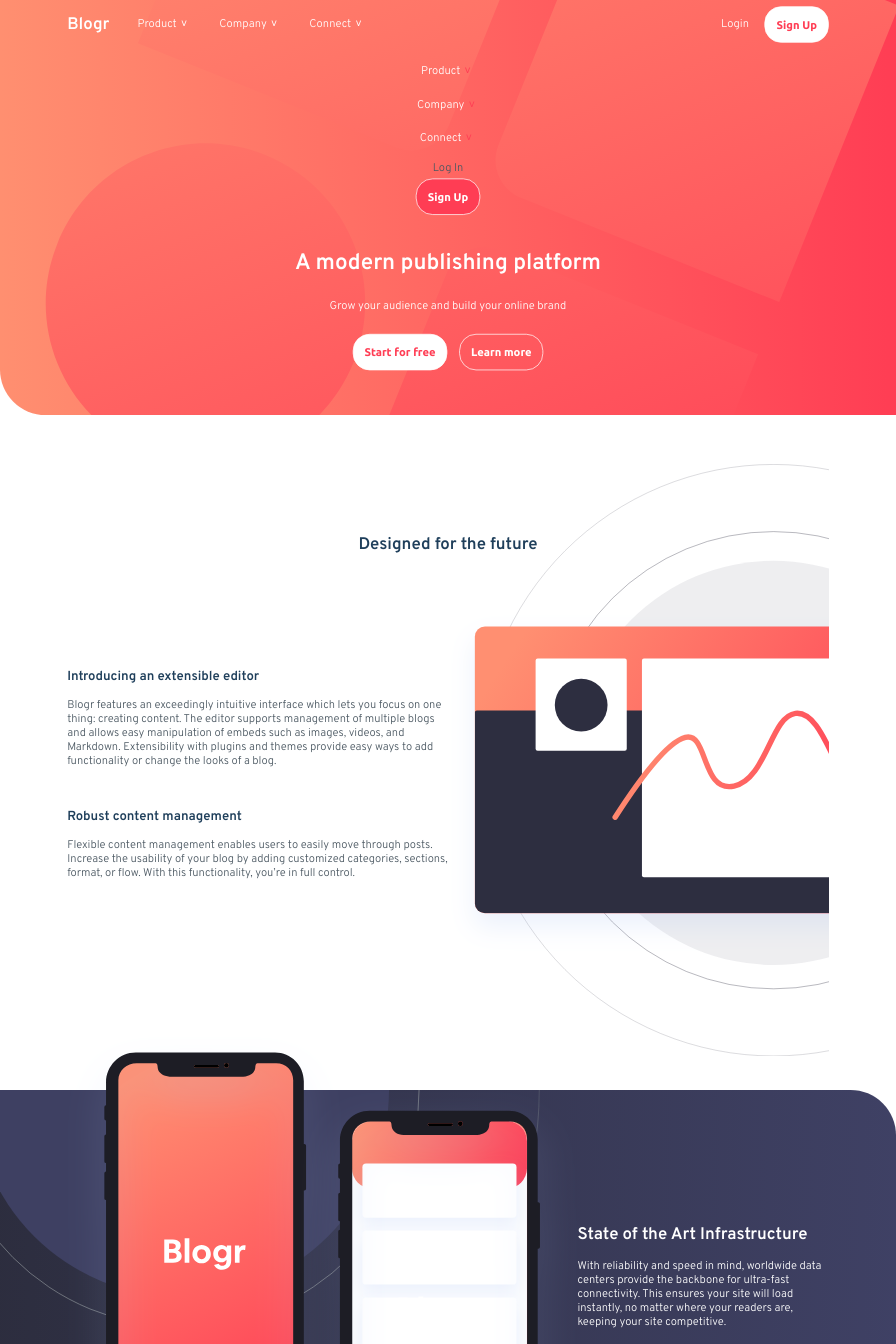
Repository: Ejiro-Oke/Blogr
Page: blogr.html
The author's editor kept a copy of each file at every save. The page is drawn from the files as they stood at one save, then again after a run of saves.
The browser window is 1280 px wide. The pictures show the part of the page from y = 0 to 1920 px (the page is 3355 px tall before and 3307 px after), at 70% of full size.

Above is the page before, as saved 2021-04-17 00:11:48.

### blogr.html
<!DOCTYPE html>
<html lang="en">
    <head>
        <meta charset="UTF-8">
        <meta name="viewport" content="width=device-width, initial-scale=1">
        <meta name="author" content="Ejiro Oke">
        <title>Blogr</title>
        <link rel="stylesheet" href="blogr.css">
        <link rel="preconnect" href="https://fonts.gstatic.com">
        <link href="https://fonts.googleapis.com/css2?family=Overpass:wght@300;600&display=swap" rel="stylesheet">
        <!-- <link rel="preconnect" href="https://fonts.gstatic.com"> -->
        <link href="https://fonts.googleapis.com/css2?family=Ubuntu:ital,wght@0,500;0,700;1,400&display=swap" rel="stylesheet">
    </head>

    <body>
    <header id="cropped">
        <div class="container container-flex" id="nav-bar">
            <nav>
            <div id="left-nav">
                <h2 class="site-title">Blogr</h2>

            <ul class="top-navbar">
                <li  id="content-trigger"><a href="#">Product</a><p class="arrow top-arrow p-arrow"> ˅</p></li>
                <div class=" drop-top">
                    <ol class="dropdown-content ">
                    <li><a href="#">Overview</a></li>
                    <li><a href="#">Pricing</a></li>
                    <li><a href="#">Marketplace</a></li>
                    <li><a href="#">Features</a></li>
                    <li><a href="#">Integrations</a></li>
                    </ol>
                </div>
            </ul>

            <ul class="top-navbar">

                <li id="content-trigger"><a href="#">Company</a><span class="arrow top-arrow c-arrow"> ˅</span></li>
                <div class=" drop-top">
                    <ol class="dropdown-content">
                    <li><a href="#">About</a></li>
                    <li><a href="#">Team</a></li>
                    <li><a href="#">Blog</a></li>
                    <li><a href="#">Careers</a></li>
                    </ol>
                </div>
            </ul>

            <ul class="top-navbar">
                <li  id="content-trigger"><a href="#">Connect</a><span class="arrow top-arrow con-arrow"> ˅</span></li>
                <div class=" drop-top">
                    <ol class="dropdown-content ">
                    <li><a href="#">Contact</a></li>
                    <li><a href="#">Newsletter</a></li>
                    <li><a href="#">LinkedIn</a></li>
                    </ol>
                </div>
            </ul>
        </div> <!---close left-nav-->

            <div class="top-navbar" id="right-nav">
                <ul>
                <li><a href="#">Login</a></li>
                </ul>
                <button href="#"  >Sign Up</button>
            </div>


            <ol class="dropbtn">
            <li class="alt-nav" ></li>
            <li class="alt-nav"></li>
            <li class="alt-nav"></li>
            </ol>

                </div>

            </nav>

<div class="modal"
        <div class= "container drop-down-menu">
            <ol>
            <li class="product-drop" id="dropdown-trigger">Product<span class="arrow p-arrow"> ˅</span> </li>
            <div class="product-content kon">
                <ol class="dropdown-content">
                <li><a href="#">Overview</a></li>
                <li><a href="#">Pricing</a></li>
                <li><a href="#">Marketplace</a></li>
                <li><a href="#">Features</a></li>
                <li><a href="#">Integrations</a></li>
                </ol>
            </div>
            </ol>
            <ol>
            <li class="company-drop" id="dropdown-trigger">Company<span class="arrow c-arrow"> ˅</span></li>
            <div class="company-content kon">
                <ol class="dropdown-content">
                <li><a href="#">About</a></li>
                <li><a href="#">Team</a></li>
                <li><a href="#">Blog</a></li>
                <li><a href="#">Careers</a></li>
                </ol>
            </div>
            </ol>

            <ol>
            <li class="connect-drop" id="dropdown-trigger"   >Connect<span class="arrow con-arrow"> ˅</span></li>
            <div class="connect-content kon">
                <ol class="dropdown-content">
                <li><a href="#">Contact</a></li>
                <li><a href="#">Newsletter</a></li>
                <li><a href="#">LinkedIn</a></li>
                </ol>
            </div>
            </ol>

            <div class="dropdown-btns">
                <ol>
            <li><a href="#">Log In</a> </li>
            <li><button class="red-btn">Sign Up</button></li>
                </ol>
        </div>
    </div>
    </div> <!---close container flex/ nav-bar-->

        <div class="container hero">
            <h1>A modern publishing platform</h1>
            <p>Grow your audience and build your online brand</p>
            <button>Start for free</button> <button class="clear-btn">Learn more</button>
        </div>

    </header>

<div class="container container-flex">
    <main role="main">
<h2 class="hero2">Designed for the future</h2>
<div class="columns left">
    <div class="col col-left content">
        <h3>Introducing an extensible editor</h3>
        <p>Blogr features an exceedingly intuitive interface which lets you focus on one thing: creating content. The editor
        supports management of multiple blogs and allows easy manipulation of embeds such as images, videos, and Markdown.
        Extensibility with plugins and themes provide easy ways to add functionality or change the looks of a blog.</p>

        <h3>Robust content management</h3>
        <p>Flexible content management enables users to easily move through posts.
            Increase the usability of your blog by adding customized categories, sections, format, or flow. With this functionality,
            you’re in full control.</p>
    </div><!---close col-left-->

        <img src="images/illustration-editor-desktop.svg" class="col col-right" id="col-image">
</div><!---close columns-->
</div> <!----close container-flex-->


    <div id="col-banner" id="cropped">
    <div class="container container-flex" id="cropped" >
    <div class="columns">
            <img src="images/illustration-phones.svg" class="col col-left">
        <div class="col col-right content" id="col-blue">
    <h2>State of the Art Infrastructure</h2>
    <p>With reliability and speed in mind, worldwide data centers provide the backbone for ultra-fast connectivity.
        This ensures your site will load instantly, no matter where your readers are, keeping your site competitive. </p>
        </div>
</div> <!---close columns-->
</div><!---close container-flex-->
    </div>


<div class="container container-flex">
<div class="columns">
        <img src="images/illustration-laptop-desktop.svg" class="col col-left" id="col-image">

<div class=" col col-right content">
    <h3> Free, open, simple</h3>
    <p>Blogr is a free and open source application backed by a large community of helpful developers.
        It supports features such as code syntax highlighting, RSS feeds, social media integration, third-party commenting tools, and works seamlessly with Google Analytics.
        The architecture is clean and is relatively easy to learn. Powerful tooling Batteries included.
        We built a simple and straightforward CLI tool that makes customization and deployment a breeze, but capable of producing even the most complicated sites</p>
        <h3>Powerful tooling</h3>
        <p> We built a simple and straightforward CLI tool that makes customization and deployment a breeze,
            but capable of producing even the most complicated sites. </p>
</div> <!---col-right-->
</div><!---close columns-->


</main>
</div>

    <footer>
        <div class="container container-flex" id="nav-bar">
            <nav class="bottom-nav">
            <div class="footer">
                <h1 class="logo">Blogr</h1>
                <p class="signoff">Challenge by <a href="https://www.frontendmentor.io/solutions" class="ext">Frontend Mentor</a>. Coded by <a href="https://github.com/Ejiro-Oke" class="ext">Ejiro Oke</a>.</p>
        </div> <!---close left-nav-->

            <div id="footer-nav">
                <ul>
                    <li><h3>Product</h3></li>
                    <li><a href="#">Overview</a></li>
                    <li><a href="#">Pricing</a></li>
                    <li><a href="#">Marketplace</a></li>
                    <li><a href="#">Features</a></li>
                    <li><a href="#">Integrations</a></li>
                </ul>


                <ul>
                    <li><h3>Company</h3></li>
                    <li><a href="#">About</a></li>
                    <li><a href="#">Team</a></li>
                    <li><a href="#">Blog</a></li>
                    <li><a href="#">Careers</a></li>
                </ul>

                <ul>
                    <li><h3>Connect</h3></li>
                    <li><a href="#">Contact</a></li>
                    <li><a href="#">Newsletter</a></li>
                    <li><a href="#">LinkedIn</a></li>
                </ul>
            </div>
            </nav>

        </div> <!---close container flex/ nav-bar-->

    </footer>
    </body>
    <script src="blogr.js"></script>

</html>

### blogr.css
body, html {
    margin: 0 auto;
    padding: 0;
    font-size: 16px;
    font-family: 'Overpass', sans-serif;
    color: hsl(207, 13%, 34%);
}

img {
    max-width: 100%;
    display: block;

}

h1, h2, h3, button, .drop-down-menu{
    font-weight: 600;
}
    .hero2, .col>h3{
    color: hsl(208, 49%, 24%);
}

h2.hero2{
    text-align: center;
    position: relative;
    top: 150px;
}

.col>h3{
    padding-top: 2em;

}

.container {
    width: 85%;
    max-width: 1440px;
    margin:0 auto;
}

ul {
    list-style: none;
    display: flex;
    flex-direction: row;
}
.top-navbar {
    display: flex;
    justify-content: space-between;
}
.top-navbar li{
    margin: auto auto;
}
#bottom-nav li{
margin: .6em 1em;
}
#right-nav a{
    margin-right: 1em;
}
.arrow{
    display: inline-block;
    color: hsl(353, 100%, 62%);
    font-size: 15px;
    padding: .2em .2em;
    margin: .2em .2em;
    transition: all 0.4s ease;
    cursor: pointer;

}

/* #test{
    color: red;
    transform: rotate(180deg);
} */


/* .arrow-down{
    transform: rotate(0deg);
    transition: all 0.4s ease;

}
.arrow.open{
    transform: rotate(180deg);
    transition: transform 1s linear;
} */

a, .top-arrow {
    text-decoration: none;
    color: hsl(0, 0%, 100%);
}

button{
margin: auto .4em;
font-family: 'Ubuntu', sans-serif;
background-color:  hsl(0, 0%, 100%);
color: hsl(353, 100%, 62%);
border-radius:24px;
border:1px solid hsl(0, 0%, 100%);
padding: 1em 1em;
font-size: 16px;
font-weight: 700;
cursor: pointer;
}
#right-nav button{
    margin-right: 0;
}
button:hover,
button:focus{
transform: scale(1.1);
margin: 0 .6em;
cursor: pointer;
}

#inline:hover,
#inline:focus{
  padding: .7em .9em;
  cursor: pointer;
}

a:hover,
a:focus{
    font-weight: 600;
    cursor: pointer;
}

ol:hover,
ol:focus{
    /* transform: scale(1.1); */
    cursor: pointer;
}

.clear-btn{
background-color:transparent;
border:1px solid hsl(0, 0%, 100%) ;
color: hsl(0, 0%, 100%);
}

.red-btn{
    background-color: hsl(353, 100%, 62%);
    color: hsl(0, 0%, 100%);

}
nav{
    align-items: center;
    display: flex;
    justify-content: space-between;

}
#left-nav{
    display: flex;
    justify-content: flex-start;
    width: 50%;
}


#right-nav {

    display: flex;
    justify-content: flex-end;
    width: 50%;
}
.alt-nav{
  width: 25px;
  height: 2px;
  background-color: hsl(0, 0%, 100%);
  display: none;
}
.dropbbtn{
    display: none;
}
.drop-down-menu{
    display: none;
    padding: 10px 10px;
    max-width: 310px;
    width: 80%;
    position:absolute;
    left: 0;
    right: 0;
    z-index: 1;
    background-color: hsl(0, 0%, 100%);
    list-style: none;
    color: hsl(207, 13%, 34%);
    box-shadow: 0px 8px 16px 0px hsl(0, 1%, 29%);
    border-radius: 4px 4px;
}
.dropdown-content{
    margin: 0 .8em;
    padding: .5em 0;
    list-style: none;
    background-color: hsl(0, 10%, 92%);
    border-radius: 4px 4px;
}

.product-content, .company-content, .connect-content{
    display: none;
}

.kon
{
    display: none ;
}
.dropdown-content a,
.dropdown-btns a{
    color: hsl(207, 13%, 34%);
    padding: 1em o;
}
.dropdown-content li, .drop-down-menu li{
    padding: .5em 0;
}

/* .dropdown-btn{
    border-top: solid 1px hsl(0, 10%, 92%);
} */

ol{
    padding-left: 0;
/* border: red 2px solid; */
}

#content-trigger{
    position: relative;
  /* display: inline-block; */
}

#content-trigger:hover .arrow
{transform: rotate(180deg);}
#dropdown-trigger:hover .arrow
{transform: rotate(180deg)}
.drop-top {
  display: none;
  position:absolute;
  background-color: hsl(0, 0%, 100%);
  width: 112px;
  box-shadow: 0px 8px 16px 0px rgba(0,0,0,0.2);
  z-index: 1;
  margin: 3em auto;
  border-radius: 4px 4px;

  }


ol> li{
    margin: .3em 1em;
    list-style: none;
}
.bottom-nav{
    justify-content: center;
}
#footer-nav{
    display: flex;
}
#footer-nav ul{
    flex-direction: column;
}

.logo{
    font-size: 80px;
    margin-bottom: 0;
}
.signoff{
    font-size: 12px;
}
.ext {
    text-decoration: underline;
    font-weight: 300;
    color: rgb(66, 66, 243);
}

.hero,
.hero p
{
    padding: 1em 0;
    text-align: center;
    line-height: 1;
}

header {
    font-family: 'Overpass', sans-serif;
    font-weight: 300;
    margin: 0 auto;
    padding-bottom: 3em;
    color:  hsl(0, 0%, 100%);
    background-image:
     url('images/bg-pattern-intro.svg'),
     linear-gradient(to right, hsl(13, 100%, 72%), hsl(353, 100%, 62%));
    background-position:
   center 51%,
    center;
    background-repeat: no-repeat;
    background-size:
    1840px,
    cover;
    border-bottom-left-radius: 65px;
    text-align: center;

}

#col-banner {
    max-height: 32em;
    font-family: 'Overpass', sans-serif;
    margin: 3em 0;
    color:  hsl(0, 0%, 100%);
    background-image:
     url('images/bg-pattern-circles.svg'),
     linear-gradient(to right, hsl(237, 17%, 21%), hsl(237, 23%, 32%));
    background-position:
    bottom left -99%,
    center;
    background-repeat: no-repeat;
    background-size:
    80%,
    cover;
    border-top-right-radius: 65px;
    padding: 0;
}


footer {
    font-family: 'Overpass', sans-serif;
    font-weight: 300;
    margin: 0 auto;
    padding: 3em 0;
    margin-top: 3em;
    color:  hsl(0, 0%, 100%);
    background-color: hsl(240, 19%, 10%);
    border-bottom-left-radius: 65px;
    text-align: center;
    color: hsl(240, 2%, 79%);
}


.columns {
    display: flex;
    justify-content: space-between;
}

.col {
    width: 50%;
}

.content{
    padding: 14.75em 0;

}

.col-left{
    order: -1;
    /* margin-right: 20%; */
}
.col-right{
order: 2;
}

#col-blue{
    position: relative;
    margin-top: -4em;
}
#col-image{
    /* order: -2; */
    max-height: 65em;
    object-fit:cover;
}

.col-right#col-image{
    object-position:left ;

}

.col-left#col-image{
    object-position: right;
}

#cropped {
    /* max-width: 50%; width of container */
 /* max-height: 58em;     */
    overflow-y: visible;
    height: fit-content;

}

#cropped img {
    margin-top: -80px;
    margin-left: -10;
    width: 69em;
}

@media only screen and (min-width: 320px) and (max-width: 767px) {
    header, #col-banner {
        padding-top: 2em;
        /* height: 58em; */
        max-height: 58em ;
        overflow-y: visible;
    }
    .hero{
        padding-top: 3em;
    }
    h3{
        font-size: 24px;
    }
    h2{
        font-size: 32px;
    }
    .hero2{
        font-size: 24px;
    }
    .columns{
    flex-direction: column;
    flex: 1;
    align-items: center;
    margin: 3em 0;
}

.col {
   width: 95%;
    max-width: 760px;
    justify-content: center;
    text-align: center;
    padding: .5em 1em;
    margin: 0;
    align-items: center;
}
.content{
    padding-top: 0;
    padding-bottom: 0;
    margin-bottom: 5em;
    margin-top: 0;
}
.left{
    flex-direction: column-reverse;
}

.hero2{
    position:static !important;
    padding-top: 2em;
}
    nav{
        display: flex;
        justify-content: space-between;
    }
    #left-nav{
        margin: .6em;
     }
     .top-navbar, #right-nav{
         display: none;
     }
     .alt-nav{
         display: block;
     }
    header {
        text-align: center;
        min-height: 494px;
    }
    #cropped img {
        position: static;
        width: 95%;
        margin-top: -245px;
        padding: 0;
    }
    #col-banner {
        margin-top: 7em;
        border-bottom-left-radius: 65px;
        height: auto;
    }
    #col-blue{
        margin-top: .1em;
    }

    .columns>img{
        padding-bottom: 0;
        margin-bottom: 0;
        width: 95%;
        }

        footer{
            border-top-right-radius: 65px;

        }

        #footer-nav ul {
                padding-left: 0;
                margin: 1em auto;
        }

    #footer-nav li{
        margin: .3em .1em;
        /* border: red 2px solid; */
        margin-left: 0;

    }

    #footer-nav{
        display: block;
    }

    .bottom-nav{
        display: block;
        justify-content: center;
         /* border: red 2px solid; */
        }
    }

### blogr.js
const burger = document.querySelector(".dropbtn");
const menue = document.querySelector(".drop-down-menu");
const herO = document.querySelector(".hero");
var content = document.querySelectorAll(".drop-top");
const product= document.querySelector(".product-content");
const company = document.querySelector(".company-content");
const connect = document.querySelector(".connect-content");

let pArrow =  document.querySelector(".p-arrow");
let cArrow =  document.querySelector(".c-arrow");
let conArrow =  document.querySelector(".con-arrow");

// (function(document){
//     var dropTrigger = document.getElementById('content-trigger');
//     var v = document.getElementsByClassName('arrow');
//     var open = false;

//     dropTrigger.addEventListener('click', function(){
//       if(open){
//         v.className = 'arrow-down';
//       } else{
//         v.className = 'arrow-up';
//       }

//       open = !open;

//     });

//   })(document);

function resetMenu(){
    company.style.display = "none";
    connect.style.display = "none";
    product.style.display = "none";
  }

burger.addEventListener("mouseup", function(){
    burger.style.display="none";
    herO.style.display="none";
    menue.style.display="block";
})

document.querySelector(".site-title").addEventListener("mouseup", function(){
    burger.style.display="block";
    menue.style.display="none";
    herO.style.display="block";

    resetMenu()
})

let dropTrigger= document.querySelectorAll("#content-trigger");
for ( let i = 0; i < dropTrigger.length; ++i){

     dropTrigger[i].addEventListener('mouseover', function(){
        for (let i = 0; i < content.length; ++i);{

            if(content[i].style.display !== 'block'){
                content[i].style.display= 'block';

            }else {

                    content[i].style.display = "none";
            }

        }
    });

    dropTrigger[i].addEventListener('mouseout', function(){
        for (let i = 0; i < content.length; ++i);{
        if(content[i].style.display === 'block'){
            content[i].style.display= 'none';

        }
    }
    });

    dropTrigger[i].addEventListener('click', function(){
        for (let i = 0; i < content.length; ++i);{
            content[i].style.display= 'block';
    }
    });


}


function modifyStylesOf(arr, indices, prop, newValue) {
    arr.filter(function(el, index) {
      return indices.indexOf(index) !== -1;
    }).forEach(function(el) {
      el.style[prop] = newValue;
    });
  }
let koN = document.querySelectorAll(".kon");
for (let i = 0 ; i < koN.length ; ++i){
    window.onclick = function(event) {
        if (koN[1].style.display = "block" || event.target !== menue) {
          koN[1].style.display = "none";
        }
      }

}



let konTrigger = document.querySelectorAll("#dropdown-trigger");
    for (let i = 0; i < konTrigger.length; ++i);{
        konTrigger[0].addEventListener("click", function(){
                if (product.style.display !== "block"){
                    product.style.display = "block";
                }
                else{
                    product.style.display="none";
                }

                modifyStylesOf(Array.from(koN), [1, 2], 'display', 'none');
        })

        konTrigger[1].addEventListener("click", function(){
                if (company.style.display !== "block"){
                    company.style.display = "block";
                }
                else{
                    company.style.display="none";
                }

                modifyStylesOf(Array.from(koN), [0, 2], 'display', 'none');

        })

        konTrigger[2].addEventListener("click", function(){
                if (connect.style.display !== "block"){
                    connect.style.display = "block";
                }
                else{
                    connect.style.display="none";
                }

                modifyStylesOf(Array.from(koN), [0, 1], 'display', 'none');

        })


    }


// var dropTrig0= document.querySelector(".product-drop").addEventListener("click", function(){
//     console.log("meow")
//     // if(product.style.display !== 'block'){
//     //     product.style.display= 'block';
//     //     pArrow.style.transform = 'rotate(180deg)';

//     // }else {
//     //     product.style.display= 'none';
//     //     pArrow.style.transform = 'rotate(0deg)';
//     // }
// });



//for onclick Event





// document.querySelector(".product-drop").addEventListener("mouseup", function(){

//     company.style.display = "none";
//     connect.style.display = "none";
//     product.style.display = "block";

//   pArrow.style.transform= "rotateZ(-180deg)";
//   cArrow.style.transform= "none";
//   conArrow.style.transform= "none";

// })

// document.querySelector(".company-drop").addEventListener("mouseup", function(){
//     company.style.display = "block";
//     connect.style.display = "none";
//     product.style.display = "none";

//     cArrow.style.transform= "rotateZ(-180deg)";
//     pArrow.style.transform= "none";
//     conArrow.style.transform= "none";


// })

// document.querySelector(".connect-drop").addEventListener("mouseup", function(){
//     company.style.display = "none";
//     connect.style.display = "block";
//     product.style.display = "none";

//     conArrow.style.transform= "rotateZ(-180deg)";
//     pArrow.style.transform= "none";
//     cArrow.style.transform= "none";


// })

// window.addEventListener('mouseup', function(event){
//     var dropTrigger = document.querySelectorAll('#content-trigger');
//     for (i = 0; i < dropTrigger.length; ++i){
//     if (event.target != dropTrigger[0] && event.target.parentNode != dropTrigger[0]);
//     if (event.target != dropTrigger[1] && event.target.parentNode != dropTrigger [1]);
//     if (event.target != dropTrigger[2] && event.target.parentNode != dropTrigger [2]){
//         console.log([0][1][2]);
//         resetMenu();

//     }



//     // {
//     //     resetMenu();
//     // }
// }
// });

After the next 2 saves:
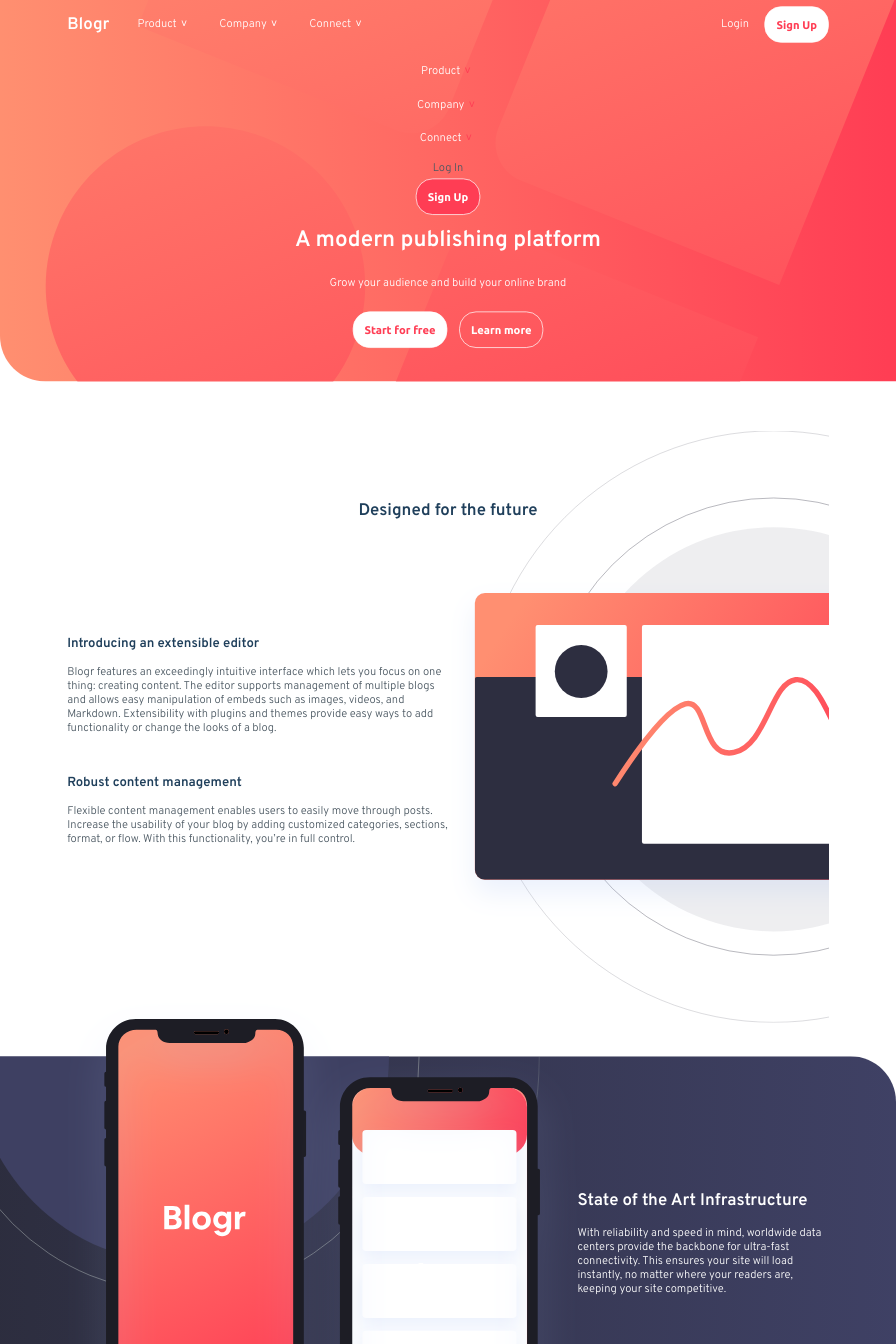
The 2 saves are shown as one change because they came seconds apart.
The last was saved 9 s later.
--- a/blogr.html
+++ b/blogr.html
@@ -120,7 +120,7 @@
         </div>
     </div>
     </div> <!---close container flex/ nav-bar-->
-
+<d
         <div class="container hero">
             <h1>A modern publishing platform</h1>
             <p>Grow your audience and build your online brand</p>
